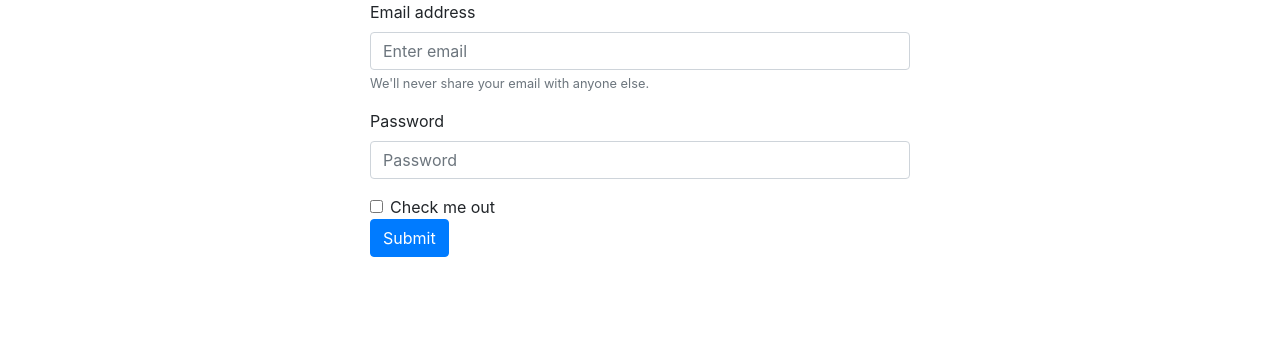
Repository: Harpalsinhpunvar/Spring-MVC-Configuration-Transactional-jsp-ModelView
Page: http://localhost/Validation_App/WEB-INF/jsp/form.jsp
These files come from the project's save history. The page is drawn as it stood at one moment and after the next save; the edit follows.
The browser window is 1280 px wide. The pictures show the whole page.
The page is served by Tomcat 9. Nobody is signed in. Other server files are loaded and not shown. The template is opened directly, without the code that normally fills it, so the values that code supplies are empty.

Above is the page before, as saved 2021-06-22 16:13:37.

### Validation_App/src/main/webapp/WEB-INF/jsp/form.jsp
<%@ page language="java" contentType="text/html; charset=ISO-8859-1"
    pageEncoding="ISO-8859-1"%>
<!DOCTYPE html>
<html>
<head>
<meta charset="ISO-8859-1">
<title>Form</title>
<link rel="stylesheet"
href="https://maxcdn.bootstrapcdn.com/bootstrap/4.0.0/css/bootstrap.min.css"
integrity="sha384-Gn5384xqQ1aoWXA+058RXPxPg6fy4IWvTNh0E263XmFcJlSAwiGgFAW/dAiS6JXm"
crossorigin="anonymous">
</head>
<body>

<div class="container">
<div class="row">
<div class="col-md-6 offset-md-3">
<form>
  <div class="form-group">
    <label for="exampleInputEmail1">Email address</label>
    <input type="email" class="form-control" id="exampleInputEmail1" aria-describedby="emailHelp" placeholder="Enter email">
    <small id="emailHelp" class="form-text text-muted">We'll never share your email with anyone else.</small>
  </div>
  <div class="form-group">
    <label for="exampleInputPassword1">Password</label>
    <input type="password" class="form-control" id="exampleInputPassword1" placeholder="Password">
  </div>
  <div class="form-check">
    <input type="checkbox" class="form-check-input" id="exampleCheck1">
    <label class="form-check-label" for="exampleCheck1">Check me out</label>
  </div>
  <button type="submit" class="btn btn-primary">Submit</button>
</form>
</div>
</div>
</div>

</body>
</html>

After the next save:
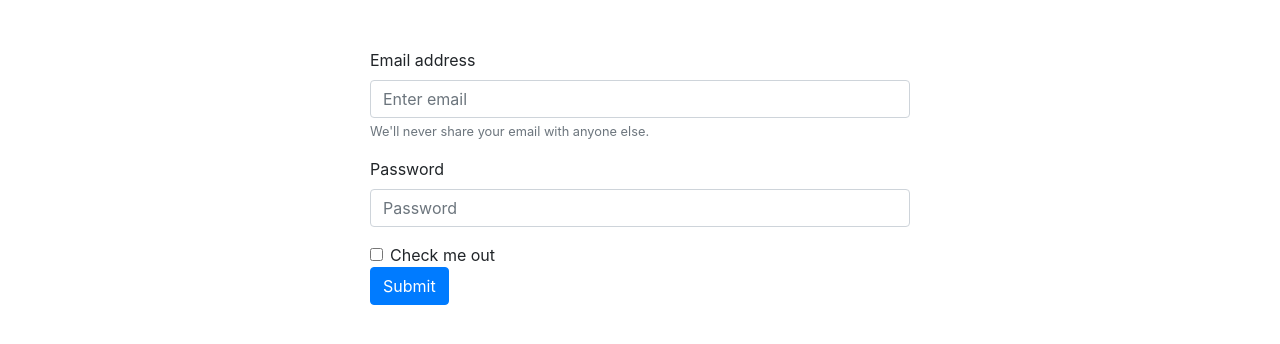
Saved 38 s later.
--- a/Validation_App/src/main/webapp/WEB-INF/jsp/form.jsp
+++ b/Validation_App/src/main/webapp/WEB-INF/jsp/form.jsp
@@ -13,7 +13,7 @@ crossorigin="anonymous">
 <body>
 
 <div class="container">
-<div class="row">
+<div class="row mt-5">
 <div class="col-md-6 offset-md-3">
 <form>
   <div class="form-group">
